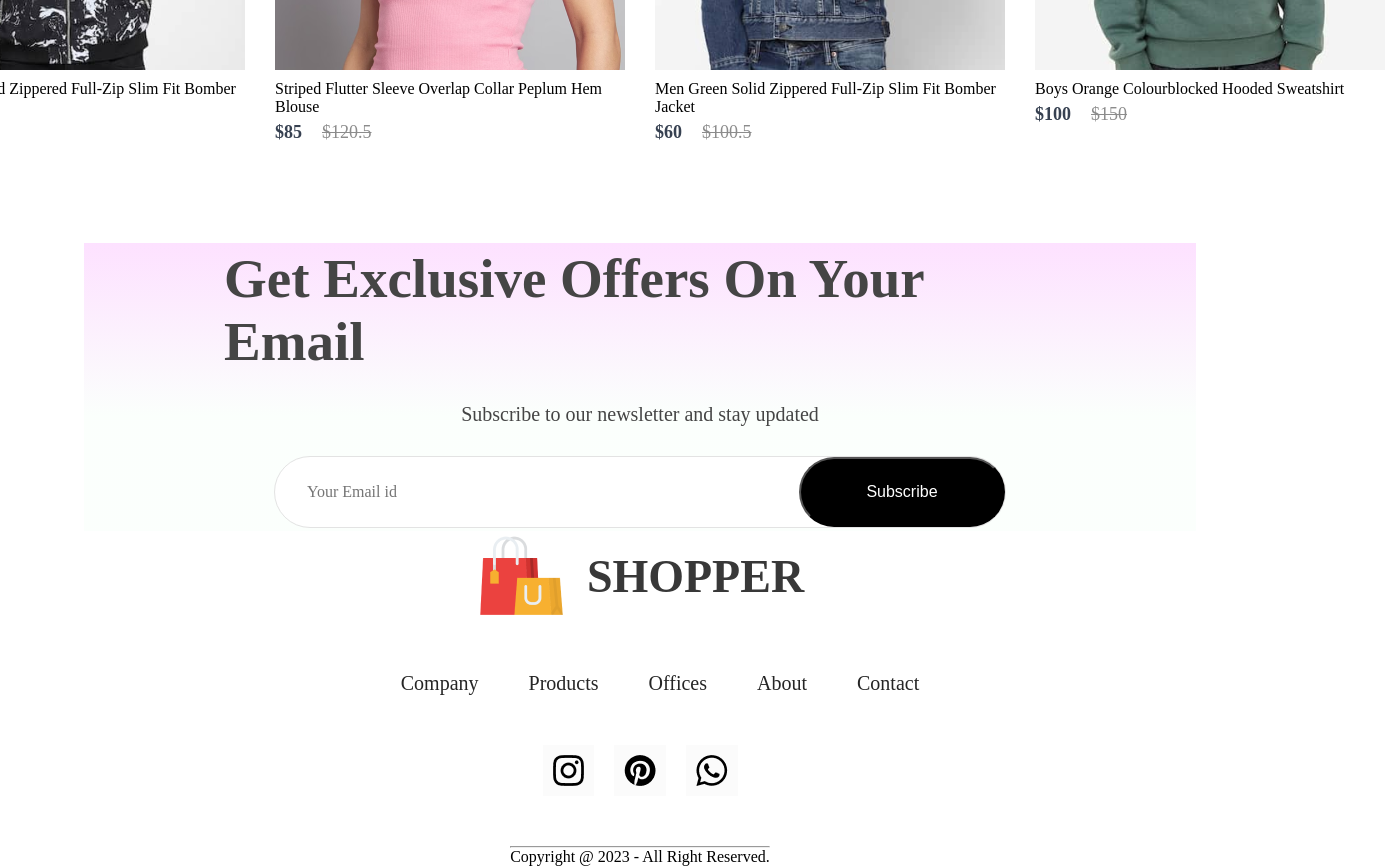
Repository: Nandhini653/SHOPPER-ECOM
Page: /
An editor plug-in stored every save of this project. The page is shown before and after the next save, followed by the edit.
The browser window is 1280 px wide. The page is 1385 px wide, so the pictures cover 1385 px, including what lies to the right of the window. The pictures show the part of the page from y = 3052 to 3920 px (the page is 3918 px tall before and 3920 px after).
The project was rebuilt for these pictures with package versions that can differ from the ones it lists, and the page was loaded fresh each time. Also part of the build but not shown: src/App.css, src/Pages/ShopCategory.jsx, src/Pages/Cart.jsx, src/Pages/LoginSignup.jsx, src/Pages/Product.jsx.

Above is the page before, as saved 2024-06-22 18:37:04.

### src/index.css
* {
  margin: 0;
}

body {
  margin: 0;
  font-family: -apple-system, BlinkMacSystemFont, 'Segoe UI', 'Roboto', 'Oxygen',
    'Ubuntu', 'Cantarell', 'Fira Sans', 'Droid Sans', 'Helvetica Neue',
    sans-serif;
  -webkit-font-smoothing: antialiased;
  -moz-osx-font-smoothing: grayscale;
  font-family: 'poppins';
}

code {
  font-family: source-code-pro, Menlo, Monaco, Consolas, 'Courier New',
    monospace;
}

### src/App.js

import './App.css';
import Navbar from './Components/Navbar/Navbar';
import ShopCategory from './Pages/ShopCategory';
import Cart from './Pages/Cart';
import LoginSignup from './Pages/LoginSignup';
import Product from './Pages/Product';
import Shop from './Pages/Shop';
import { BrowserRouter,Routes,Route } from 'react-router-dom';

function App() {
  return (
    <div>
      <BrowserRouter>
      <Navbar/>
      <Routes>
        <Route path = '/' element={<Shop/>}/>
        <Route path = '/mens' element={<ShopCategory category="men"/>}/>
        <Route path = '/womens' element={<ShopCategory category="women"/>}/>
        <Route path = '/kids' element={<ShopCategory category="kids"/>}/>
        <Route path= '/product' element={<Product/>}/>
        <Route path='/product/:productId' element={<Product />} />
        <Route path='/cart' element={<Cart/>}/>
        <Route path='/login' element={<LoginSignup/>}/>
      </Routes>
      </BrowserRouter>
    </div>
  );
}

export default App;

### src/Components/Navbar/Navbar.jsx
import React, { useState } from 'react'
import './Navbar.css'
import logo from '../Assests/logo.png'
import cart_icon from '../Assests/cart_icon.png'
import { Link } from 'react-router-dom'


const Navbar = () => {

    const [menu, setMenu] = useState("shop")
  return (
    <div className='navbar'>
        <div className="nav-logo">
            <img src={logo} alt="logo" />
            <p>SHOPPER</p>
        </div>
      <div className="nav-menu">
        <li onClick={()=> {setMenu("shop")}}> <Link  style ={{textDecoration: 'none '}} to='/'>Shop</Link> {menu === "shop"? <hr/> :<></>}</li>
        <li onClick={()=> {setMenu("mens")}}><Link style ={{textDecoration: 'none '}} to='/mens'>Men</Link>  {menu === "mens"? <hr/> :<></>}</li>
        <li onClick={()=> {setMenu("womens")}}><Link style ={{textDecoration: 'none '}} to='/womens'>Women </Link> {menu === "womens"? <hr/> :<></>}</li>
        <li onClick={()=> {setMenu("kids")}}><Link style ={{textDecoration: 'none '}} to='/kids'>Kids</Link>  {menu === "kids"? <hr/> :<></>}</li>
      </div>
      <div className="nav-login-cart">
        <Link to='/login'><button>Login</button></Link>
        <Link to='/cart'><img src= {cart_icon} alt='cart-icon'/></Link>
        <div className="nav-cart-count">0</div>
      </div>
    </div>
  )
}

export default Navbar

### src/Pages/Shop.jsx
import React from 'react'
import Hero from '../Components/Hero/Hero'
import Popular from '../Components/Popular/Popular'
import Offers from '../Components/Offers/Offers'
import NewCollections from '../Components/NewCollections/NewCollections'
import NewsLetter from '../Components/NewsLetter/NewsLetter'
import Footer from '../Components/Footer/Footer'

const Shop = () => {
  return (
    <div>
      <Hero/>
      <Popular/>
      <Offers/>
      <NewCollections/>
      <NewsLetter/>
      <Footer/>
    </div>
  )
}

export default Shop

### src/Components/Navbar/Navbar.css
  .navbar {
    display: flex;
    justify-content: space-around;
    padding: 16px;
    box-shadow: 0 1px 3px -2px black;
  }

  .nav-logo {
    display: flex;
    align-items: center;
    gap: 10px;
  }

  .nav-logo p{
    color: #171717;
    font-size: 38px;
    font-weight: 600;
  }
  .nav-menu {
    display: flex;
    align-items: center;
    list-style: none;
    gap: 50px;
    color: #626262;
    font-size: 20px;
    font-weight: 500;
  }

  .nav-menu li {
    display: flex;
    flex-direction: column;
    align-items: center;
    justify-content: center;
    gap: 3px;
    cursor: pointer;
  }

  .nav-menu hr {
    border: none;
    width: 80%;
    height: 3px;
    border-radius: 10px;
    background: #FF4141;
  }

.nav-login-cart {
    display: flex;
    align-items: center;
    gap: 45px;
}

.nav-login-cart button {
    width: 157px;
    height: 58px;
    outline: none;
    border: 1 px solid #7a7a7a;
    border-radius: 75px;
    font-size: 20px;
    font-weight: 500;
    background: white;
    cursor: pointer;
}

.nav-login-cart button:active {
    background: #f3f3f3;
}

.nav-cart-count {
    width: 22px;
    height: 22px;
    display: flex;
    justify-content: center;
    align-items: center;
    margin-top: -35px;
    margin-left: -55px;
    border-radius: 11px;
    font-size: 14px;
    background: red;
    color: white;

}

### src/Components/Hero/Hero.jsx
import React from 'react'
import './Hero.css'
import hand_icon from '../Assests/hand_icon.png'
import arrow_icon from '../Assests/arrow.png'
import hero_image from '../Assests/hero_image.png'


const Hero = () => {
    return (
        <div className='hero'>
            <div className="hero-left">
                <h2> NEW ARRIVALS ONLY</h2>
                <div>
                    <div className='hero-hand-icon'>
                        <p> new </p>
                        <img src={hand_icon} alt="" />
                    </div>
                    <p> collection </p>
                    <p> for everyone</p>
                </div>
                <div className="hero-latest-btn">
                    <div>Latest Collection</div>
                    <img src={arrow_icon} alt=""/>
                </div>
            </div>
            <div className="hero-right">
                <img src={hero_image} alt =""/>
            </div>
        </div>
    )
}

export default Hero

### src/Components/Popular/Popular.jsx
import React from 'react'
import './Popular.css'
import data_product from '../Assests/data'
import Item from '../Item/Item'

const Popular = () => {
  return (
    <div className='popular'>
      <h1>POPULAR IN WOMEN</h1>
      <hr />
      <div className="popular-item">
        {data_product.map((item, i) => {
          return (
            <Item
              key={i}
              id={item.id}
              name={item.name}
              image={item.image}
              new_price={item.new_price}
              old_price={item.old_price}
            />
          );
        })}
      </div>
    </div>
  );
}


export default Popular

### src/Components/Offers/Offers.jsx
import React from 'react'
import './Offers.css'
import exclusive_image from '../Assests/exclusive_image.png'

const Offers = () => {
  return (
    <div className='offers'>
      <div className="offers-left">
        <h1> Exclusive </h1>
        <h1> Offers For You </h1>
        <p>ONLY ON BEST SELLERS PRODUCTS </p>
        <button> Check Now </button>
      </div>
      <div className="offers-right">
        <img src= {exclusive_image} alt="" />
      </div>
    </div>
  )
}

export default Offers

### src/Components/NewCollections/NewCollections.jsx
import React from 'react'
import './NewCollections.css'
import new_collection from '../Assests/new_collections'
import Item from '../Item/Item'

const NewCollections = () => {
    return (
        <div className="new-collections">
            <h1> NEW COLLECTIONS </h1>
            <hr/>
            <div className="collections">
                {new_collection.map((item, i) => {
                    return <Item
                        key={i}
                        id={item.id}
                        name={item.name}
                        image={item.image}
                        new_price={item.new_price}
                        old_price={item.old_price} />
                })}
            </div>
        </div>
    )
}

export default NewCollections

### src/Components/NewsLetter/NewsLetter.jsx
import React from 'react'
import './NewsLetter.css'

const NewsLetter = () => {
  return (
    <div className='newsletter'>
      <h1> Get Exclusive Offers On Your Email </h1>
       <p> Subscribe to our newsletter and stay updated</p>
       <div>
        <input type='email' placeholder='Your Email id'/>
        <button> Subscribe </button>
       </div>

    </div>
  )
}

export default NewsLetter

### src/Components/Footer/Footer.jsx
import React from 'react'
import './Footer.css'
import footer_logo from '../Assests/logo_big.png'
import instagram_icon from '../Assests/instagram_icon.png'
import pintester_icon from '../Assests/pintester_icon.png'
import whatsapp_icon from '../Assests/whatsapp_icon.png'

const Footer = () => {
    return (
        <div className='footer'>
            <div className="footer-logo">
                <img src={footer_logo} alt='' />
                <p>SHOPPER</p>
            </div>
            <ul className='footer-links'>
                <li>Company</li>
                <li>Products</li>
                <li>Offices</li>
                <li>About</li>
                <li>Contact</li>
            </ul>
            <div className="footer-social-icon">
                <div className="footer-icons-container">
                    <img src={instagram_icon} alt="" />
                </div>
                <div className="footer-icons-container">
                    <img src={pintester_icon} alt="" />
                </div>
                <div className="footer-icons-container">
                    <img src={whatsapp_icon} alt="" />
                </div>
            </div>
             <div className="footer-copy-right">
                <hr/>
                <p> Copyright @ 2023 - All Right Reserved.</p>
             </div>
        </div>
    )
}

export default Footer

### src/Components/Hero/Hero.css
.hero {
    height: 100vh;
    background: linear-gradient(180deg, #fde1ff, #e1ffea22 60%);
    display: flex;
}

.hero-left {
    flex: 1;
    display: flex;
    flex-direction: column;
    justify-content: center;
    gap: 20px;
    padding-left: 180px;
    line-height: 1.1;
}

.hero-left h2 {
    color: #171717;
    font-size: 100px;
    font-weight: 700;
}

.hero-left p {
    color: #171717;
    font-size: 100px;
    font-weight: 700;
}

.hero-hand-icon {
     display: flex;
    align-items: center;
    gap:20px;
}

.hero-hand-icon img {
    width: 105px;
}

.hero-latest-btn {
    display: flex;
    justify-content: center;
    align-items: center;
    gap: 15px;
    width: 310px;
    height: 70px;
    border-radius: 75px;
    margin-top: 30px;
    background: #ff4141;
    color: white;
    font-size: 22px;
    font-weight: 500;
}

.hero-right {
    flex: 1;
    display: flex;
    align-items: center;
    justify-content: center;
}

### src/Components/Popular/Popular.css
.popular {
      display: flex;
      flex-direction: column;
      align-items: center;
      gap: 10px;
      height: 90vh;
}

.popular h1 {
    color: #171717;
    font-size: 50px;
    font-weight: 600;
}

.popular hr {
    width: 200px;
    height: 6px;
    border-radius: 10px;
    background: #252525;
}

.popular-item {
    display: flex;
    margin-top: 50px;
    gap: 30px;
}

### src/Components/Assests/data.js
import p1_img from './product_1.png'
import p2_img from './product_2.png'
import p3_img from './product_3.png'
import p4_img from './product_4.png'

let data_product = [
  {
    id:1,
    name:"Striped Flutter Sleeve Overlap Collar Peplum Hem Blouse",
    image:p1_img,
    new_price:50.00,
    old_price:80.50,
  },
  {id:2,
    name:"Striped Flutter Sleeve Overlap Collar Peplum Hem Blouse",
    image:p2_img,
    new_price:85.00,
    old_price:120.50,
  },
  {id:3,
    name:"Striped Flutter Sleeve Overlap Collar Peplum Hem Blouse",
    image:p3_img,
    new_price:60.00,
    old_price:100.50,
  },
  {id:4,
    name:"Striped Flutter Sleeve Overlap Collar Peplum Hem Blouse",
    image:p4_img,
    new_price:100.00,
    old_price:150.00,
  },
];

export default data_product;

### src/Components/Item/Item.jsx
import React from 'react'
import './Item.css'


const Item = (props) => {
  return (
    <div className='item'>
        <img src={props.image} alt = ""/>
        <p>{props.name}</p>
        <div className="item-prices">
            <div className="item-prices-new">
                ${props.new_price}
            </div>
            <div className="item-prices-old">
                ${props.old_price}
            </div>
        </div>

    </div>
  )
}

export default Item

### src/Components/Offers/Offers.css
.offers {
    width: 65%;
    height: 60vh;
    display: flex;
    margin: auto;
    padding: 0px 140px;
    margin-bottom:  150px;
    background: linear-gradient(180deg, #fde1ff, #e1ffea22 60% );
}

.offers-left {
    flex: 1;
    display: flex;
    flex-direction: column;
    justify-content: center;
}

.offers-left h1 {
    color: #171717;
    font-size: 80px;
    font-weight: 600;
}

.offers-left p {
    color: #171717;
    font-size: 22px;
    font-weight: 600;
}

.offers-left button {
     width: 282px;
     height: 70px;
     border-radius: 35px;
     background: #ff4141;
     color: white;
     font-size: 22px;
     margin-top: 30px;
     font-weight: 500;
     cursor: pointer;
}

.offers-right {
    flex: 1;
    display: flex;
    align-items: center;
    justify-content: flex-end;
    padding-top: 50px;
}

### src/Components/NewCollections/NewCollections.css
.new-collections {
    display: flex;
    flex-direction: column;
    align-items: center;
    gap: 10px;
    margin-bottom: 100px;
}

.new-collections h1 {
    color: #171717;
    font-size: 50px;
    font-weight: 600;
}

.new-collections hr {
    width: 200px;
    height: 6px;
    border-radius: 10px;
    background: #252525;
}

.collections {
    display: grid;
    grid-template-columns: 1fr 1fr 1fr 1fr;
    margin-top: 50px;
    gap: 30px;
}

### src/Components/Assests/new_collections.js
import p1_img from "./product_12.png";
import p2_img from "./product_35.png";
import p3_img from "./product_14.png";
import p4_img from "./product_8.png";
import p5_img from "./product_15.png";
import p6_img from "./product_2.png";
import p7_img from "./product_17.png";
import p8_img from "./product_28.png";

let new_collections = [
  {
    id: 12,
    name: "Striped Flutter Sleeve Overlap Collar Peplum Hem Blouse",
    image: p1_img,
    new_price: 50.0,
    old_price: 80.5,
  },
  {
    id: 35,
    name: "Boys Orange Colourblocked Hooded Sweatshirt",
    image: p2_img,
    new_price: 85.0,
    old_price: 120.5,
  },
  {
    id: 14,
    name: "Men Green Solid Zippered Full-Zip Slim Fit Bomber Jacket",
    image: p3_img,
    new_price: 60.0,
    old_price: 100.5,
  },
  {
    id: 8,
    name: "Striped Flutter Sleeve Overlap Collar Peplum Hem Blouse",
    image: p4_img,
    new_price: 100.0,
    old_price: 150.0,
  },
  {
    id: 15,
    name: "Men Green Solid Zippered Full-Zip Slim Fit Bomber Jacket",
    image: p5_img,
    new_price: 50.0,
    old_price: 80.5,
  },
  {
    id: 2,
    name: "Striped Flutter Sleeve Overlap Collar Peplum Hem Blouse",
    image: p6_img,
    new_price: 85.0,
    old_price: 120.5,
  },
  {
    id: 17,
    name: "Men Green Solid Zippered Full-Zip Slim Fit Bomber Jacket",
    image: p7_img,
    new_price: 60.0,
    old_price: 100.5,
  },
  {
    id: 28,
    name: "Boys Orange Colourblocked Hooded Sweatshirt",
    image: p8_img,
    new_price: 100.0,
    old_price: 150.0,
  },
];

export default new_collections;

### src/Components/NewsLetter/NewsLetter.css
.newsletter {
    width: 65%;
    height: 40vh;
    display: flex;
    flex-direction: column;
    align-items: center;
    justify-content: center;
    margin: auto;
    padding: 0px 140px;
    background: linear-gradient(180deg, #fde1ff, #e1ffea22 60%);
    gap: 30px;
}

.newsletter h1 {
    color: #454545;
    font-size: 55px;
    font-weight: 600;
}

.newsletter p {
    color: #454545;
    font-size: 20px;
}

.newsletter div {
      display: flex;
      align-items: center;
      justify-content: space-between;
      background: white;
      width: 730px;
      height: 70px;
      border-radius: 80px;
      border: 1px solid #e3e3e3;
}

.newsletter input {
    width: 500px;
    margin-left: 30px;
    border: none;
    outline: none;
    color: #616161;
    font-family: Poppins;
    font-size: 16px;
}

.newsletter button {
    width: 210px;
    height: 70px;
    border-radius: 80px;
    background: black;
    color: white;
    font-size: 16px;
    cursor: pointer;
}

### src/Components/Footer/Footer.css
.footer {
    display: flex;
    flex-direction: column;
    justify-content: center;
    align-items: center;
    gap: 50px;
}

.footer-logo {
    display: flex;
    align-items: center;
    gap: 20px;
}

.footer-logo p {
    color: #383838;
    font-size: 46px;
    font-weight: 700;
}

.footer-links {
    display: flex;
    list-style: none;
    gap: 50px;
    color: #252525;
    font-size: 20px;
}

.footer-links li {
    cursor: pointer;
}

.footer-social-icon {
    display: flex;
    gap: 20px;
}

.footer-icons-container {
    padding: 10px;
    padding-bottom: 6px;
    background: #fbfbfb;
    border: 1px solid #;
}

### src/Components/Item/Item.css
.item {
    width: 350px;
}

.item p {
    margin: 6px 0px;
}

.item-prices {
    display: flex;
    gap: 20px;
}

.item-prices-new {
    color: #374151;
    font-size: 18px;
    font-weight: 600;
}

.item-prices-old {
    color: #8c8c8c;
    font-size: 18px;
    font-weight: 500;
    text-decoration: line-through;
}

.item:hover {
    transform: scale(1.05);
    transition: 0.6s;
}

Loaded but not shown: src/index.js (common file); src/reportWebVitals.js (common file)

After the next save:
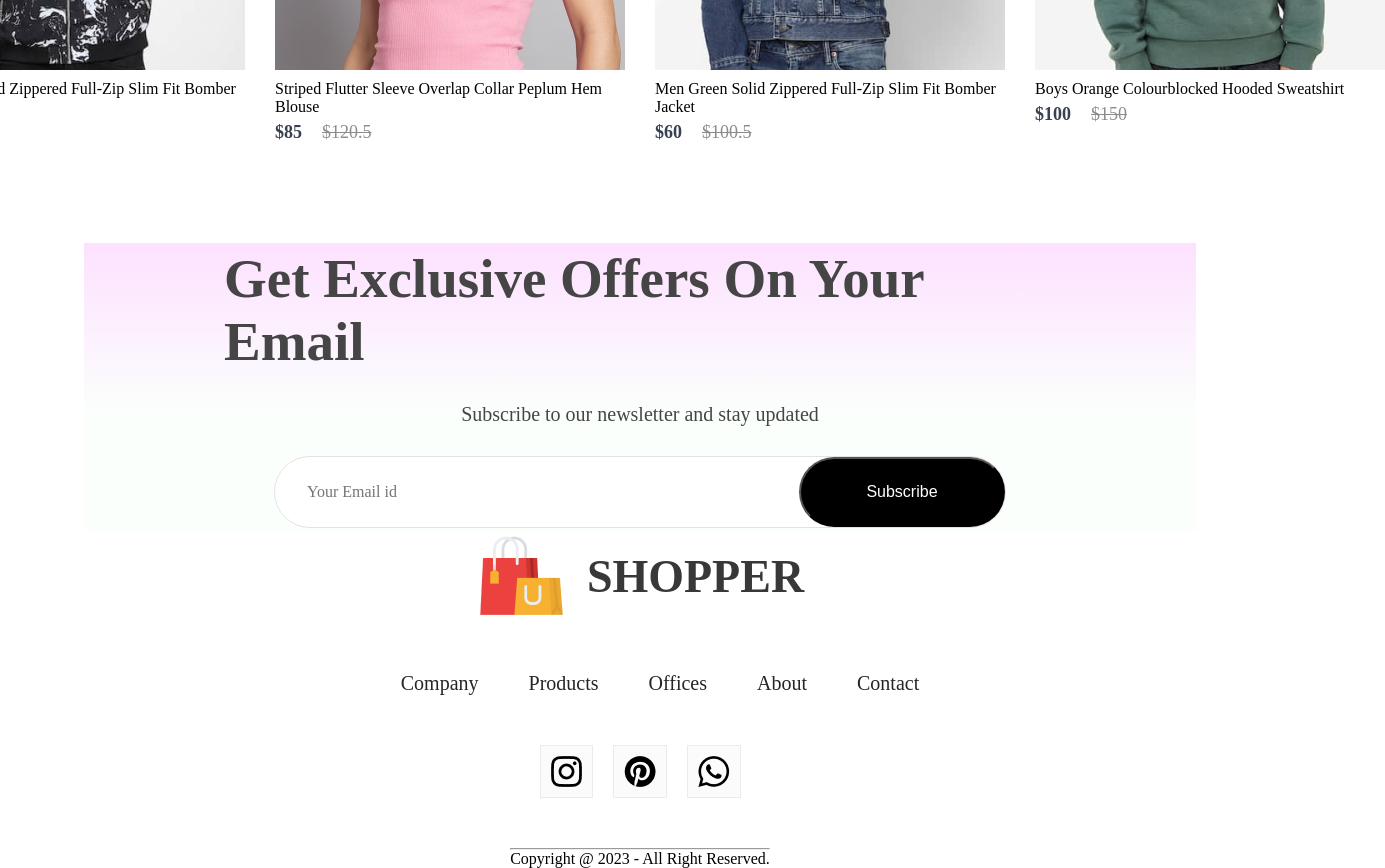
Saved 5 s later.
--- a/src/Components/Footer/Footer.css
+++ b/src/Components/Footer/Footer.css
@@ -39,5 +39,5 @@
     padding: 10px;
     padding-bottom: 6px;
     background: #fbfbfb;
-    border: 1px solid #;
+    border: 1px solid #ebebeb;
 }
